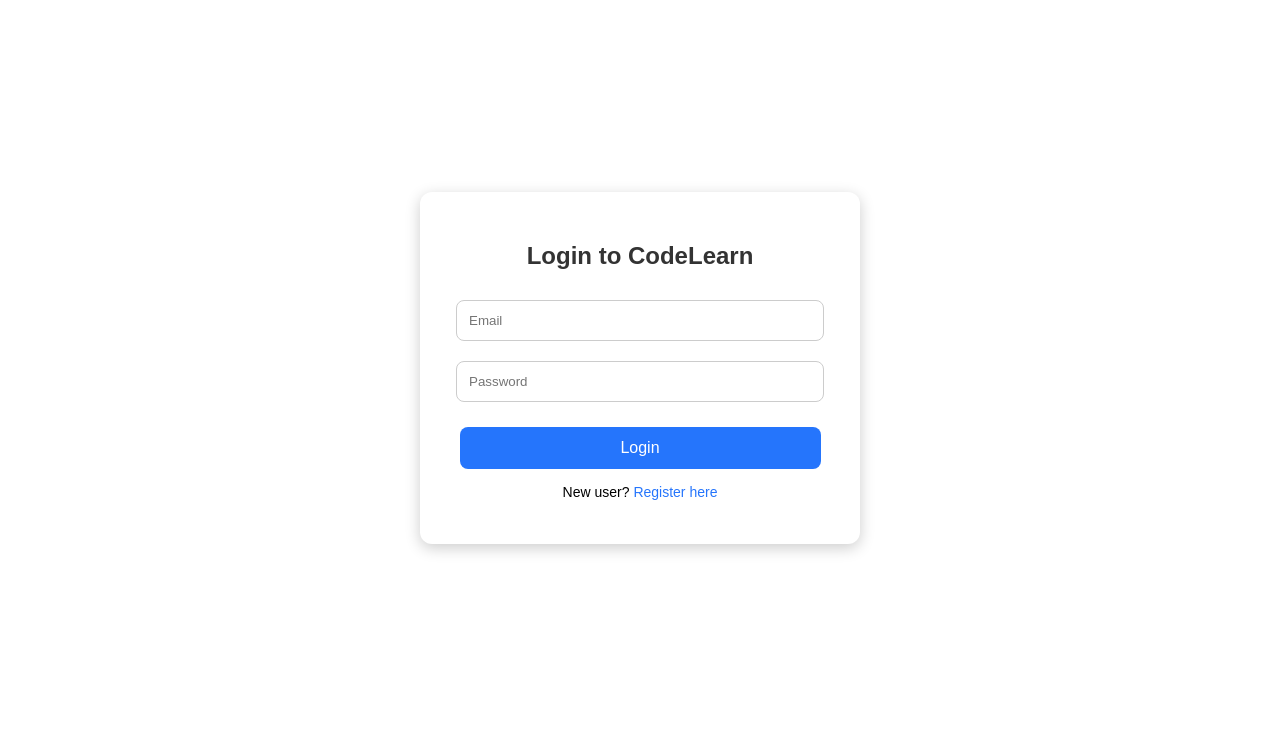
Repository: Aditisoni26/codeLearn
Page: index.html
These files come from the project's save history. The page is drawn as it stood at one moment and after the next save; the edit follows.
The browser window is 1280 px wide. The pictures show the whole page.

Above is the page before, as saved 2025-10-27 18:58:19.

After the next save:
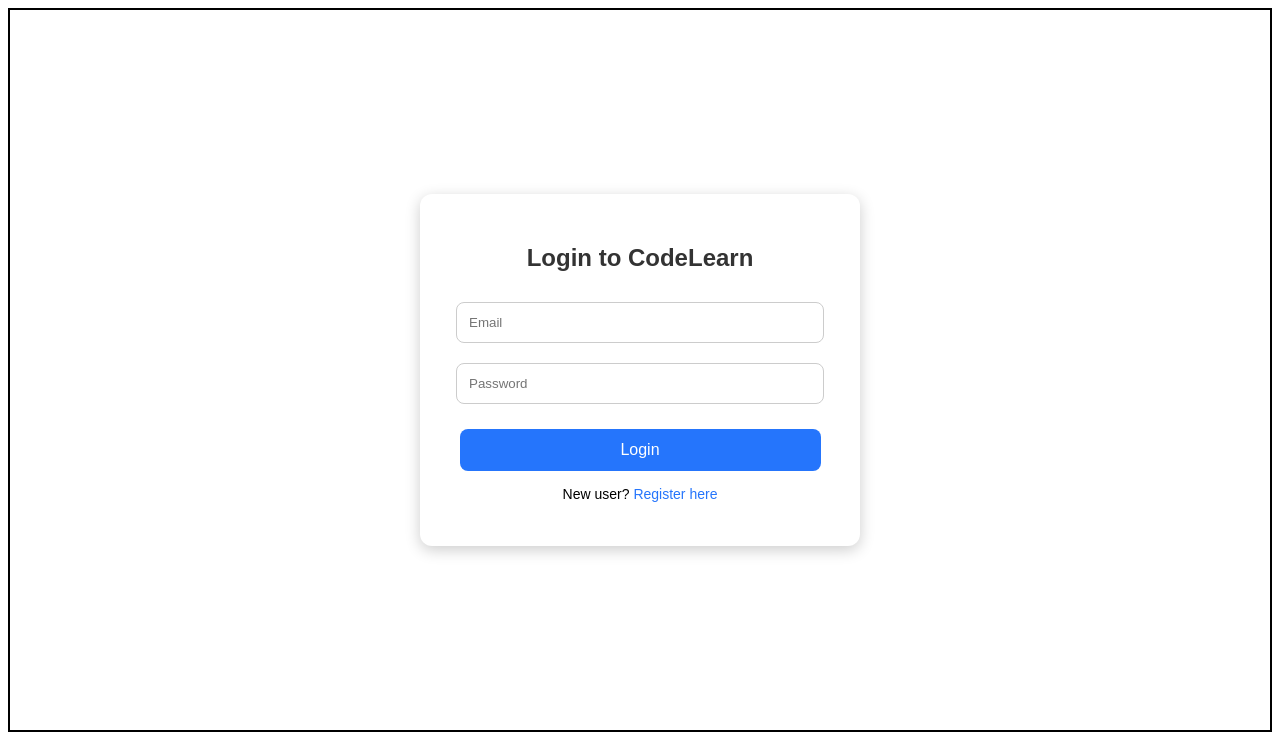
Saved 9 s later.
--- a/index.html
+++ b/index.html
@@ -10,7 +10,7 @@
             font-family: 'Poppins', sans-serif;
             background: white;
             height: 100vh;
-            border: ;
+            border: 2px solid black;
             display: flex;
             justify-content: center;
             align-items: center;

After the save that followed:
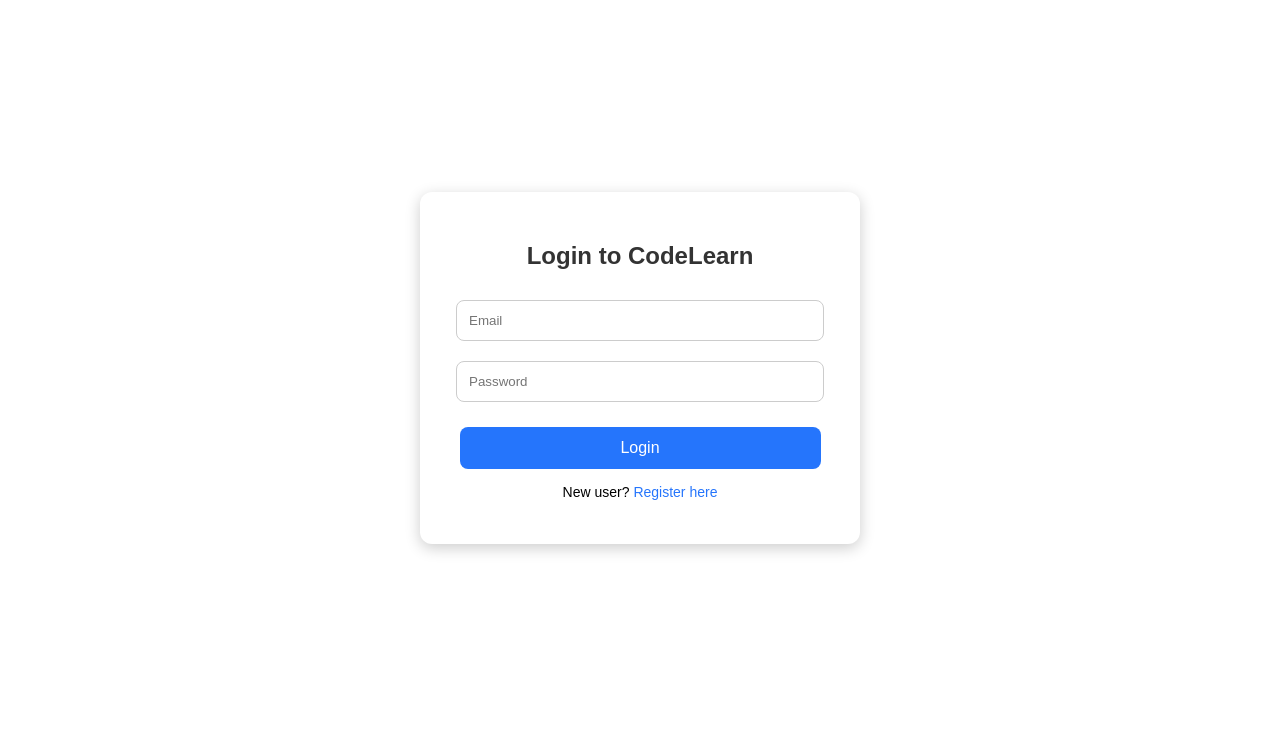
Saved 8 s later.
--- a/index.html
+++ b/index.html
@@ -10,7 +10,6 @@
             font-family: 'Poppins', sans-serif;
             background: white;
             height: 100vh;
-            border: 2px solid black;
             display: flex;
             justify-content: center;
             align-items: center;
